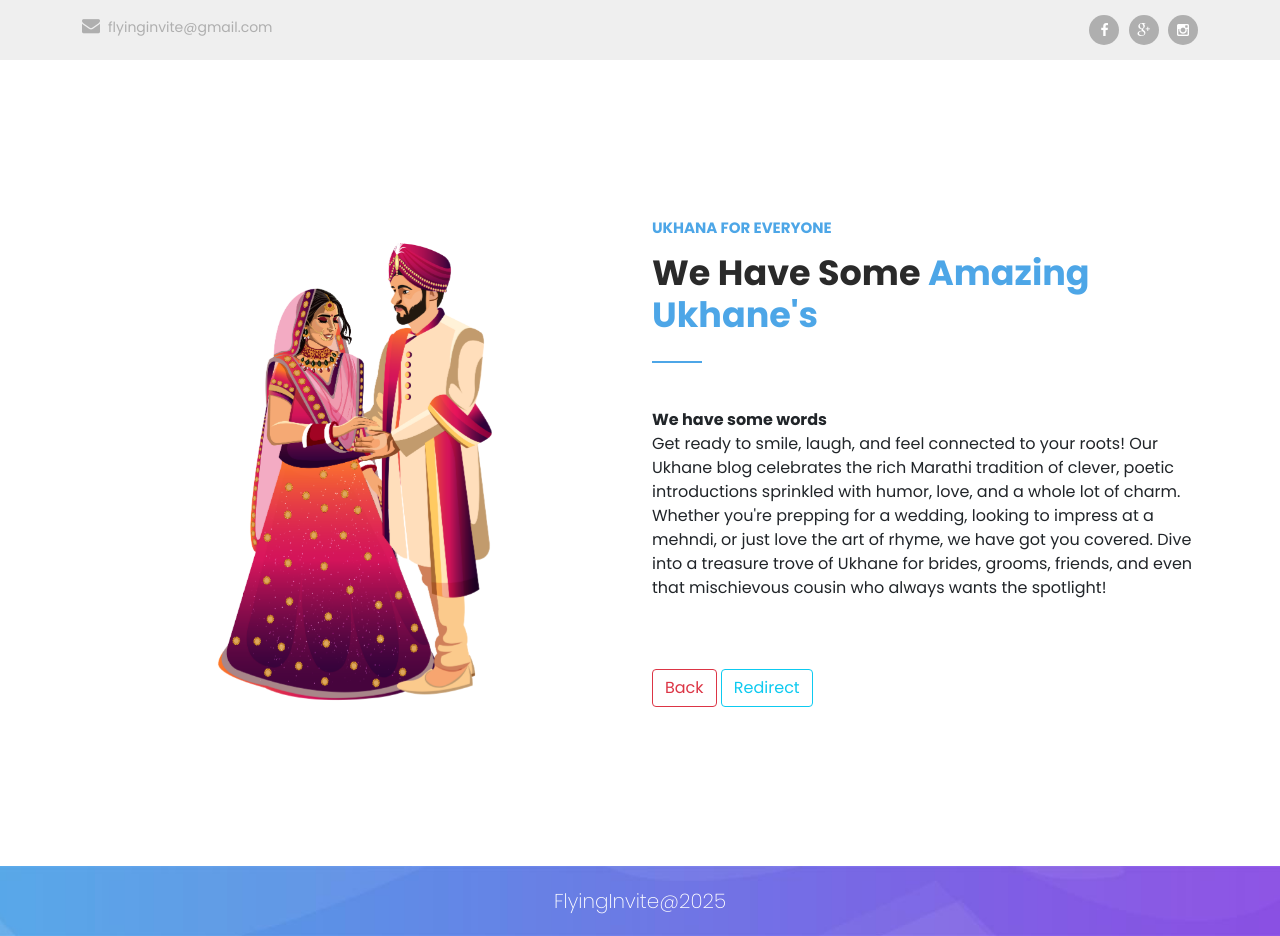
Repository: viraj7551/Flying-Invite-Project
Page: http://localhost/FlyingInvite/entertainment.jsp
The author's editor kept a copy of each file at every save. The page is drawn from the files as they stood at one save, then again after the next save.
The browser window is 1280 px wide. The pictures show the whole page.
The page is served by Tomcat 9. Other server files are loaded and not shown.

Above is the page before, as saved 2025-05-04 16:08:49.

### FlyingInvite/WebContent/entertainment.jsp
<%@ page language="java" contentType="text/html; charset=ISO-8859-1"
    pageEncoding="ISO-8859-1"%>
<!DOCTYPE html>
<html>
<head>
  <meta charset="UTF-8">
  <meta name="viewport" content="width=device-width, initial-scale=1, shrink-to-fit=no">
  <meta name="description" content="">
  <meta name="author" content="">
  <link rel="preconnect" href="https://fonts.googleapis.com">
  <link rel="preconnect" href="https://fonts.gstatic.com" crossorigin>
  <link href="https://fonts.googleapis.com/css2?family=Poppins:wght@100;200;300;400;500;600;700;800;900&display=swap" rel="stylesheet">

  <title>Flying Invite | Ukhane Entertainment</title>

  <!-- Bootstrap core CSS -->
  <link href="vendor/bootstrap/css/bootstrap.min.css" rel="stylesheet">


  <!-- Additional CSS Files -->
  <link rel="stylesheet" href="./assets/css/fontawesome.css">
  <link rel="stylesheet" href="./assets/css/app.css">
  <link rel="stylesheet" href="./assets/css/animated.css">
  <link rel="stylesheet" href="./assets/css/owl.css">
  <link rel="stylesheet" href="./assets/css/style.css">

  <script async src="https://www.googletagmanager.com/gtag/js?id=G-DZ4MP44ET9"></script>
<script>
  window.dataLayer = window.dataLayer || [];
  function gtag(){dataLayer.push(arguments);}
  gtag('js', new Date());

  gtag('config', 'G-DZ4MP44ET9');
</script>


</head>
<body>
 <!-- ***** Preloader Start ***** -->
  <div id="js-preloader" class="js-preloader">
    <div class="preloader-inner">
      <span class="dot"></span>
      <div class="dots">
        <span></span>
        <span></span>
        <span></span>
      </div>
    </div>
  </div>

    <!-- ***** Preloader End ***** -->

  <!-- Pre-header Starts -->
  <div class="pre-header">
    <div class="container">
      <div class="row">
        <div class="col-lg-8 col-sm-8 col-7">
          <ul class="info">
            <li><a href="#"><i class="fa fa-envelope"></i>flyinginvite@gmail.com</a></li>
          </ul>
        </div>
        <div class="col-lg-4 col-sm-4 col-5">
          <ul class="social-media">
            <li><a href="https://www.facebook.com/profile.php?id=61567671551405" target="_blank"><i class="fa fa-facebook"></i></a></li>
            <li><a href="#"><i class="fa fa-google-plus"></i></a></li>
            <li><a href="https://www.instagram.com/flyinginvite/?igsh=Yjh6aXM5eHZ3a3Nt" target="_blank"><i class="fa fa-instagram"></i></a></li>
          </ul>
        </div>
      </div>
    </div>
  </div>
  <!-- Pre-header End -->

  <div id="about" class="about section">
    <div class="container">
      <div class="row">
        <div class="col-lg-12">
          <div class="row">
            <div class="col-lg-6">
              <div class="about-left-image  wow fadeInLeft" data-wow-duration="1s" data-wow-delay="0.5s">
                <img src="assets/images/wedding.png" alt="mom with baby in her womb">
              </div>
            </div>
            <div class="col-lg-6 align-self-center  wow fadeInRight" data-wow-duration="1s" data-wow-delay="0.5s">
              <div class="about-right-content">
                <div class="section-heading">
                  <h6>Ukhana for Everyone</h6>
                  <h4>We have some <em>Amazing Ukhane's</em></h4>
                  <div class="line-dec"></div>
                </div>

                <p>
                    <ul><strong>We have some words</strong>
                      <li> Get ready to smile, laugh, and feel connected to your roots! Our Ukhane blog celebrates the rich Marathi tradition of clever, poetic introductions sprinkled with humor, love, and a whole lot of charm.</li>
                      <li>Whether you're prepping for a wedding, looking to impress at a mehndi, or just love the art of rhyme, we have got you covered. Dive into a treasure trove of Ukhane for brides, grooms, friends, and even that mischievous cousin who always wants the spotlight!</li>
                    </ul> <br>
                </p>

              <a href="index.jsp" class="btn btn-outline-danger" role="button"> Back</a>
              <a href="https://www.facebook.com/profile.php?id=61567671551405" class="btn btn-outline-info" target="_blank" role="button">Redirect</a>

              </div>
            </div>
          </div>
        </div>
      </div>
    </div>
  </div>
  <footer>
    <div class="container">
      <div class="row">
        <div class="col-lg-12">
           <p>FlyingInvite@2025</p>
        </div>
      </div>
    </div>
  </footer>

  <!-- Scripts -->
  <script src="./vendor/jquery/jquery.min.js"></script>
  <script src="./vendor/bootstrap/js/bootstrap.bundle.min.js"></script>
  <script src="./assets/js/owl-carousel.js"></script>
  <script src="./assets/js/animation.js"></script>
  <script src="./assets/js/imagesloaded.js"></script>
  <script src="./assets/js/custom.js"></script>
  <script src="./assets/js/app.js"></script>
</body>
</html>

### FlyingInvite/WebContent/assets/css/owl.css
/**
 * Owl Carousel v2.3.4
 * Copyright 2013-2018 David Deutsch
 * Licensed under: SEE LICENSE IN https://github.com/OwlCarousel2/OwlCarousel2/blob/master/LICENSE
 */
/*
 *  Owl Carousel - Core
 */
.owl-carousel {
  display: none;
  width: 100%;
  -webkit-tap-highlight-color: transparent;
  /* position relative and z-index fix webkit rendering fonts issue */
  position: relative;
  z-index: 1; }
  .owl-carousel .owl-stage {
    position: relative;
    -ms-touch-action: pan-Y;
    touch-action: manipulation;
    -moz-backface-visibility: hidden;
    /* fix firefox animation glitch */ }
  .owl-carousel .owl-stage:after {
    content: ".";
    display: block;
    clear: both;
    visibility: hidden;
    line-height: 0;
    height: 0; }
  .owl-carousel .owl-stage-outer {
    position: relative;
    overflow: hidden;
    /* fix for flashing background */
    -webkit-transform: translate3d(0px, 0px, 0px); }
  .owl-carousel .owl-wrapper,
  .owl-carousel .owl-item {
    -webkit-backface-visibility: hidden;
    -moz-backface-visibility: hidden;
    -ms-backface-visibility: hidden;
    -webkit-transform: translate3d(0, 0, 0);
    -moz-transform: translate3d(0, 0, 0);
    -ms-transform: translate3d(0, 0, 0); }
  .owl-carousel .owl-item {
    position: relative;
    min-height: 1px;
    float: left;
    -webkit-backface-visibility: hidden;
    -webkit-tap-highlight-color: transparent;
    -webkit-touch-callout: none; }
  .owl-carousel .owl-item img {
    display: block;
    width: 100%; }
  .owl-carousel .owl-nav.disabled,
  .owl-carousel .owl-dots.disabled {
    display: none; }
  .owl-carousel .owl-nav .owl-prev,
  .owl-carousel .owl-nav .owl-next,
  .owl-carousel .owl-dot {
    cursor: pointer;
    -webkit-user-select: none;
    -khtml-user-select: none;
    -moz-user-select: none;
    -ms-user-select: none;
    user-select: none; }
  .owl-carousel .owl-nav button.owl-prev,
  .owl-carousel .owl-nav button.owl-next,
  .owl-carousel button.owl-dot {
    background: none;
    color: inherit;
    border: none;
    padding: 0 !important;
    font: inherit; }
  .owl-carousel.owl-loaded {
    display: block; }
  .owl-carousel.owl-loading {
    opacity: 0;
    display: block; }
  .owl-carousel.owl-hidden {
    opacity: 0; }
  .owl-carousel.owl-refresh .owl-item {
    visibility: hidden; }
  .owl-carousel.owl-drag .owl-item {
    -ms-touch-action: pan-y;
        touch-action: pan-y;
    -webkit-user-select: none;
    -moz-user-select: none;
    -ms-user-select: none;
    user-select: none; }
  .owl-carousel.owl-grab {
    cursor: move;
    cursor: grab; }
  .owl-carousel.owl-rtl {
    direction: rtl; }
  .owl-carousel.owl-rtl .owl-item {
    float: right; }

/* No Js */
.no-js .owl-carousel {
  display: block; }

/*
 *  Owl Carousel - Animate Plugin
 */
.owl-carousel .animated {
  animation-duration: 1000ms;
  animation-fill-mode: both; }

.owl-carousel .owl-animated-in {
  z-index: 0; }

.owl-carousel .owl-animated-out {
  z-index: 1; }

.owl-carousel .fadeOut {
  animation-name: fadeOut; }

@keyframes fadeOut {
  0% {
    opacity: 1; }
  100% {
    opacity: 0; } }

/*
 * 	Owl Carousel - Auto Height Plugin
 */
.owl-height {
  transition: height 500ms ease-in-out; }

/*
 * 	Owl Carousel - Lazy Load Plugin
 */
.owl-carousel .owl-item {
  /**
			This is introduced due to a bug in IE11 where lazy loading combined with autoheight plugin causes a wrong
			calculation of the height of the owl-item that breaks page layouts
		 */ }
  .owl-carousel .owl-item .owl-lazy {
    opacity: 0;
    transition: opacity 400ms ease; }
  .owl-carousel .owl-item .owl-lazy[src^=""], .owl-carousel .owl-item .owl-lazy:not([src]) {
    max-height: 0; }
  .owl-carousel .owl-item img.owl-lazy {
    transform-style: preserve-3d; }

/*
 * 	Owl Carousel - Video Plugin
 */
.owl-carousel .owl-video-wrapper {
  position: relative;
  height: 100%;
  background: #000; }

.owl-carousel .owl-video-play-icon {
  position: absolute;
  height: 80px;
  width: 80px;
  left: 50%;
  top: 50%;
  margin-left: -40px;
  margin-top: -40px;
  background: url("owl.video.play.png") no-repeat;
  cursor: pointer;
  z-index: 1;
  -webkit-backface-visibility: hidden;
  transition: transform 100ms ease; }

.owl-carousel .owl-video-play-icon:hover {
  -ms-transform: scale(1.3, 1.3);
      transform: scale(1.3, 1.3); }

.owl-carousel .owl-video-playing .owl-video-tn,
.owl-carousel .owl-video-playing .owl-video-play-icon {
  display: none; }

.owl-carousel .owl-video-tn {
  opacity: 0;
  height: 100%;
  background-position: center center;
  background-repeat: no-repeat;
  background-size: contain;
  transition: opacity 400ms ease; }

.owl-carousel .owl-video-frame {
  position: relative;
  z-index: 1;
  height: 100%;
  width: 100%; }

### FlyingInvite/WebContent/assets/css/style.css
/* Aligns the heading text to the center. */

h1 {
    text-align: center;
  }

  /* Sets the width for the accordion. Sets the margin to 90px on the top and bottom and auto to the left and right */
.accordion-body{
    margin-top: 100px;
}


.navigate_section{
    margin: 90px auto;
}

#navigateHeader{
  display: none;
}
#navigateBtn{
  padding: 20px;
  background-color:#27548A ;
  color: #fff;
  margin-left: 350px;
  margin-top: 170px;
  margin-bottom: 170px;
  border-radius: 5px;
  width: max-content;
}
.blink_me{
  animation: blinker 1s linear infinite;
}

@keyframes blinker {
  50% {
    opacity: 0;
  }
}

#coming_soon_header{
  padding: 20px;
  color: #213448;
  margin-left: 350px;
  margin-top: 170px;
  margin-bottom: 170px;
  border-radius: 5px;
  width: max-content;
}

#navigateBtn:hover {
   background-color: #213448 ;
}

  .accordion {
    width: 800px;
    margin: 90px auto;
    color: black;
    background-color: white;
    padding: 45px 45px;
  }

  .accordion .container {
    position: relative;
    margin: 10px 10px;
  }

  /* Positions the labels relative to the .container. Adds padding to the top and bottom and increases font size. Also makes its cursor a pointer */

  .accordion .label {
    position: relative;
    padding: 10px 0;
    font-size: 24px;
    color: black;
    cursor: pointer;
  }

  /* Positions the plus sign 5px from the right. Centers it using the transform property. */

.accordion .label::before {
    content: '+';
    color: black;
    position: absolute;
    top: 50%;
    right: -5px;
    font-size: 24px;
    transform: translateY(-50%);
  }

  /* Hides the content (height: 0), decreases font size, justifies text and adds transition */

  .accordion .content {
    position: relative;
    background: white;
    height: 0;
    font-size: 16px;
    text-align: justify;
    width: 780px;
    overflow: hidden;
    transition: 0.5s;
  }

  /* Adds a horizontal line between the contents */

  .accordion hr {
    width: 100;
    margin-left: 0;
    border: 1px solid grey;
  }

  /* Unhides the content part when active. Sets the height */

.accordion .container.active .content {
    height: 90px;
  }




  /* Changes from plus sign to negative sign once active */

  .accordion .container.active .label::before {
    content: '-';
    font-size: 30px;
  }


 @media (max-width: 1200px) {
    #navigateBtn{
      margin-left: 180px;
     }
  }

 @media only screen and (max-width: 1024px) {
    #coming_soon_header{
      margin-left: 180px;
    }
}

 @media only screen and (max-width: 1180px) {
    #coming_soon_header{
      margin-left: 180px;
    }
  }


  @media (max-width: 992px) {


    .accordion .container.active .content{
      width: auto;
      height: 100px;
    }

    #navigateBtn{
    margin-left: 55px;
   }
  }

   @media only screen and (max-width: 932px) and (min-width: 740px){
  #navigateBtn{
    margin-left: 135px;
   }

   #navigateHeader{
    display: block;
    margin-left: 110px;
  }
  #coming_soon_header{
    margin-left: 110px;
  }
 }



  @media (max-width: 767px){

    .accordion{
        width: auto;
    }
    .accordion .label {
        font-size: 16px;
      }

      .accordion .content {
        font-size: 14px;
        text-align: justify;
        width: 200px;
        overflow: hidden;
      }

      #navigateHeader{
        display: block;
        margin-left: 20px;
      }

      #coming_soon_header{
        margin-left: 20px;
      }
  }

    @media only screen and (max-width: 360px){
      #navigateHeader{
        display: block;
        margin-left: 60px;
      }
  }

Loaded but not shown: FlyingInvite/WebContent/assets/css/fontawesome.css (library); FlyingInvite/WebContent/assets/css/animated.css (common file); FlyingInvite/WebContent/assets/js/owl-carousel.js (3448 lines, source omitted); FlyingInvite/WebContent/assets/js/imagesloaded.js (496 lines, source omitted); FlyingInvite/WebContent/assets/js/animation.js (193 lines, source omitted); FlyingInvite/WebContent/assets/js/custom.js (172 lines, source omitted); FlyingInvite/WebContent/assets/js/app.js (7 lines, source omitted); FlyingInvite/WebContent/assets/css/app.css (2123 lines, source omitted)

After the next save:
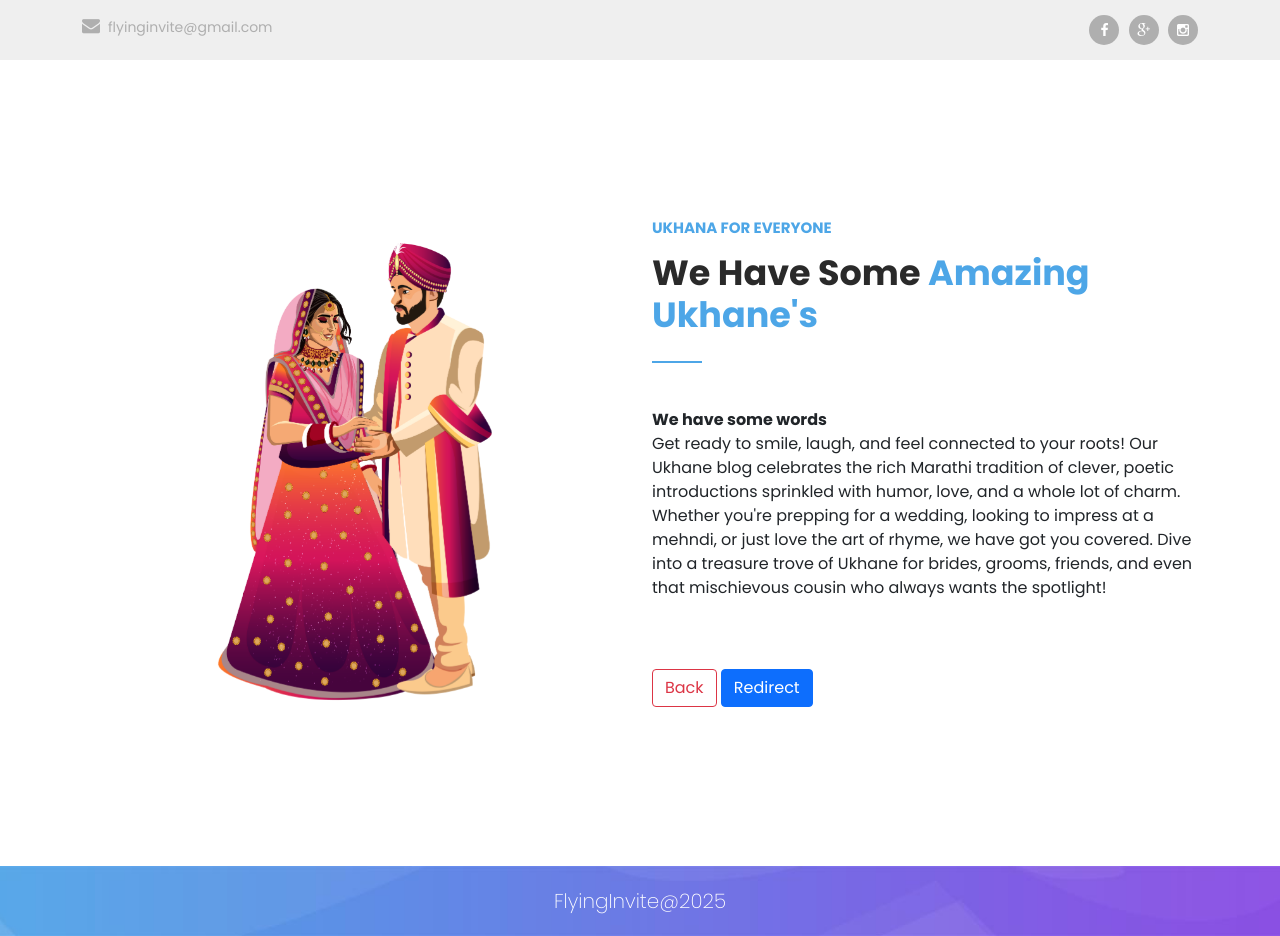
Saved 3 min 58 s later.
--- a/FlyingInvite/WebContent/entertainment.jsp
+++ b/FlyingInvite/WebContent/entertainment.jsp
@@ -97,7 +97,7 @@
                 </p>
 
               <a href="index.jsp" class="btn btn-outline-danger" role="button"> Back</a>
-              <a href="https://www.facebook.com/profile.php?id=61567671551405" class="btn btn-outline-info" target="_blank" role="button">Redirect</a>
+              <a href="https://www.facebook.com/profile.php?id=61567671551405" class="btn btn-primary" target="_blank" role="button">Redirect</a>
 
               </div>
             </div>
